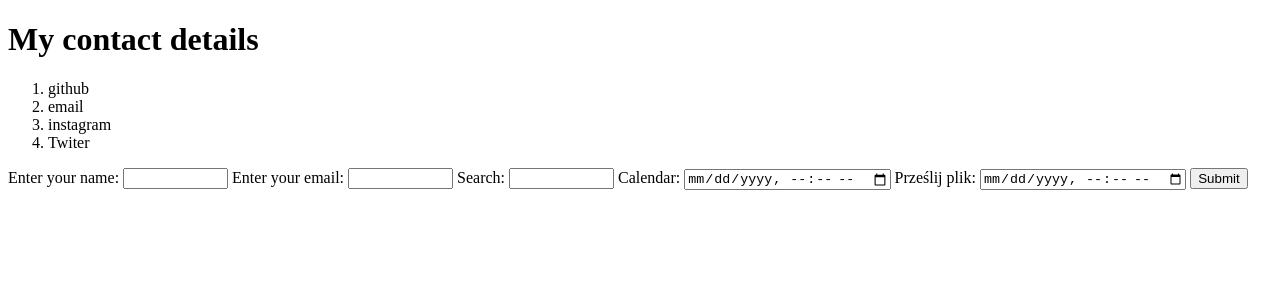
Repository: ew-code/Web-Development
Page: HTML - Personal Site/contact.html
An editor plug-in stored every save of this project. The page is shown before and after a run of saves, followed by the edit.
The browser window is 1280 px wide. The pictures show the whole page.

Above is the page before, as saved 2021-01-04 23:02:51.

### HTML - Personal Site/contact.html
<!DOCTYPE html>
<html lang="en">

<head>
  <meta charset="UTF-8">
  <meta name="viewport" content="width=device-width, initial-scale=1.0">
  <meta http-equiv="X-UA-Compatible" content="ie=edge">
  <title>Contact me</title>
</head>

<body>
  <h1>My contact details</h1>
  <ol>
    <li>github</li>
    <li>email</li>
    <li>instagram</li>
    <li>Twiter</li>
  </ol>

  <form>
    <label for="name">Enter your name:</label>
    <input type="text" name="name" id="name" required minlength="4" maxlength="50" size="10">
    <label for="email">Enter your email:</label>
    <input type="email" name="email" id="email" required minlength="4" maxlength="50" size="10">
    <label for="Search">Search:</label>
    <input type="search" name="search" id="search" required minlength="4" maxlength="50" size="10">
    <label for="Calendar">Calendar:</label>
    <input type="datetime-local" name="Calendar" id="search" required minlength="4" maxlength="50" size="10">
    <label for="file">Prześlij plik:</label>
    <input type="datetime-local" name="Calendar" id="search" required minlength="4" maxlength="50" size="10">
    <input type="submit">
  </form>

</body>

</html>

After the next 3 saves:
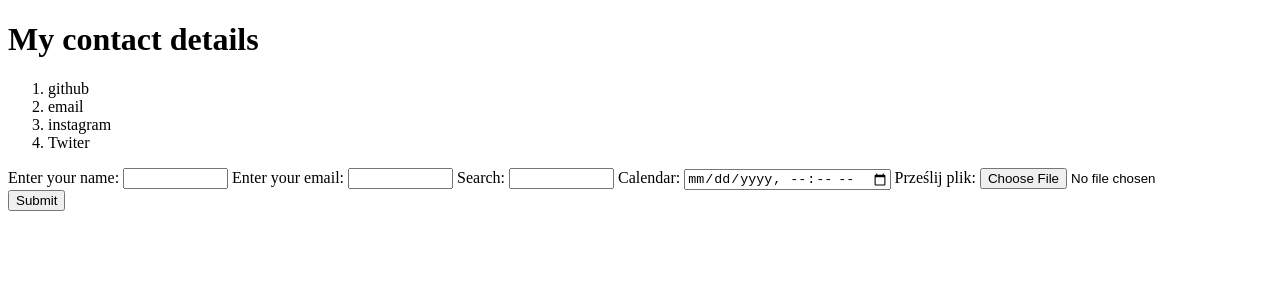
The 3 saves are shown as one change because they came seconds apart.
The last was saved 8 s later.
--- a/HTML - Personal Site/contact.html
+++ b/HTML - Personal Site/contact.html
@@ -27,7 +27,7 @@
     <label for="Calendar">Calendar:</label>
     <input type="datetime-local" name="Calendar" id="search" required minlength="4" maxlength="50" size="10">
     <label for="file">Prześlij plik:</label>
-    <input type="datetime-local" name="Calendar" id="search" required minlength="4" maxlength="50" size="10">
+    <input type="file" name="file" id="file" required minlength="4" maxlength="50" size="10">
     <input type="submit">
   </form>
 
